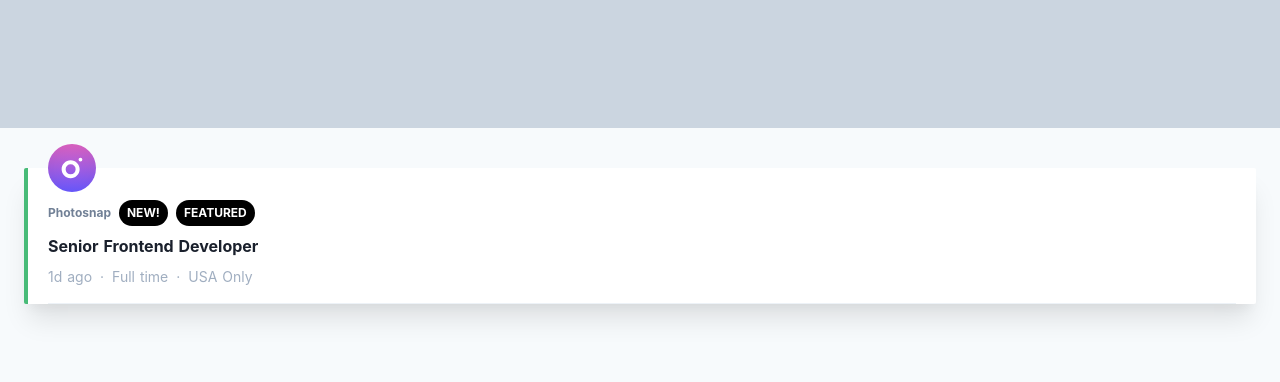
Repository: asongdon/frontendmentor-joblisting
Page: /
The author's editor kept a copy of each file at every save. The page is drawn from the files as they stood at one save, then again after the next save.
The browser window is 1280 px wide. The pictures show the whole page.
The project was rebuilt for these pictures with package versions that can differ from the ones it lists, and the page was loaded fresh each time. The framework's server and built-in components were replaced by stand-ins that run in the browser. Also part of the build but not shown: nuxt.config.js.

Above is the page before, as saved 2020-04-12 20:56:33.

### layouts/default.vue
<template>
  <div class="h-screen">
    <Header/>
    <nuxt />
  </div>
</template>

<script>
import Header from '@/components/Header.vue'

export default {
  components: {
    Header
  },
}
</script>

<style>
html {
  font-family: 'Inter', -apple-system, BlinkMacSystemFont, 'Segoe UI',
    Roboto, 'Helvetica Neue', Arial, sans-serif;
  font-size: 16px;
  word-spacing: 1px;
  -ms-text-size-adjust: 100%;
  -webkit-text-size-adjust: 100%;
  -moz-osx-font-smoothing: grayscale;
  -webkit-font-smoothing: antialiased;
  box-sizing: border-box;
  @apply bg-gray-100;
}

*,
*:before,
*:after {
  box-sizing: border-box;
  margin: 0;
}

.button--green {
  display: inline-block;
  border-radius: 4px;
  border: 1px solid #3b8070;
  color: #3b8070;
  text-decoration: none;
  padding: 10px 30px;
}

.button--green:hover {
  color: #fff;
  background-color: #3b8070;
}

.button--grey {
  display: inline-block;
  border-radius: 4px;
  border: 1px solid #35495e;
  color: #35495e;
  text-decoration: none;
  padding: 10px 30px;
  margin-left: 15px;
}

.button--grey:hover {
  color: #fff;
  background-color: #35495e;
}
</style>

### pages/index.vue
<template>
  <div class="container py-10 px-6">
    <Maincard/>
  </div>
</template>

<script>
import Maincard from '@/components/Maincard'
export default {
  components: {
    Maincard
  }
}
</script>

<style>
/* Sample `apply` at-rules with Tailwind CSS
.container {
  @apply min-h-screen flex justify-center items-center text-center mx-auto;
}
*/

</style>

### components/Header.vue
<template>
  <div class="w-full h-32 bg-gray-400"></div>
</template>

<script>
export default {}
</script>

<style></style>

### components/Maincard.vue
<template>
    <div class="flex flex-col flex-no-wrap rounded-sm px-5 border-l-4 border-green-500 bg-white shadow-xl">

    <div class="-mt-6 mb-2">
      <img class="w-12" src="~/assets/logos/faceit.svg" alt="" />
    </div>

    <div class="flex items-center">
      <div class="text-xs font-bold text-gray-600">Photosnap</div>
      <div class="flex text-xs font-bold">
        <div class="bg-black text-white rounded-full px-2 py-1 uppercase ml-2">
          New!
        </div>
        <div class="bg-black text-white rounded-full px-2 py-1 uppercase ml-2">
          Featured
        </div>
      </div>
    </div>

    <div class="mt-2 font-bold text-gray-900">
      Senior Frontend Developer
    </div>

    <div class="flex text-sm mt-2 text-gray-500 border-b border-gray-200 pb-4">
      <div class="mr-2">1d ago</div>
      <div class="mr-2">·</div>
      <div class="mr-2">Full time</div>
      <div class="mr-2">·</div>
      <div>USA Only</div>
    </div>

  </div>
</template>

<script>
export default {}
</script>

<style></style>

Loaded but not shown: assets/css/tailwind.css (common file); tailwind.config.js (common file); store/filter.js (no copy from this time; the picture is the same without it); store/index.js (no copy from this time; the picture is the same without it)

After the next save:
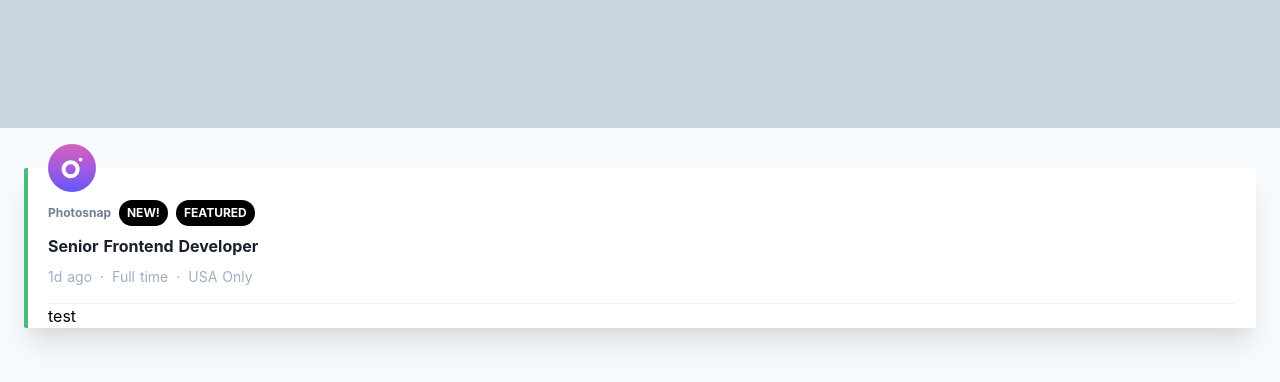
Saved 9 s later.
--- a/components/Maincard.vue
+++ b/components/Maincard.vue
@@ -29,6 +29,10 @@
       <div>USA Only</div>
     </div>
 
+    <div>
+      test
+    </div>
+
   </div>
 </template>
 
